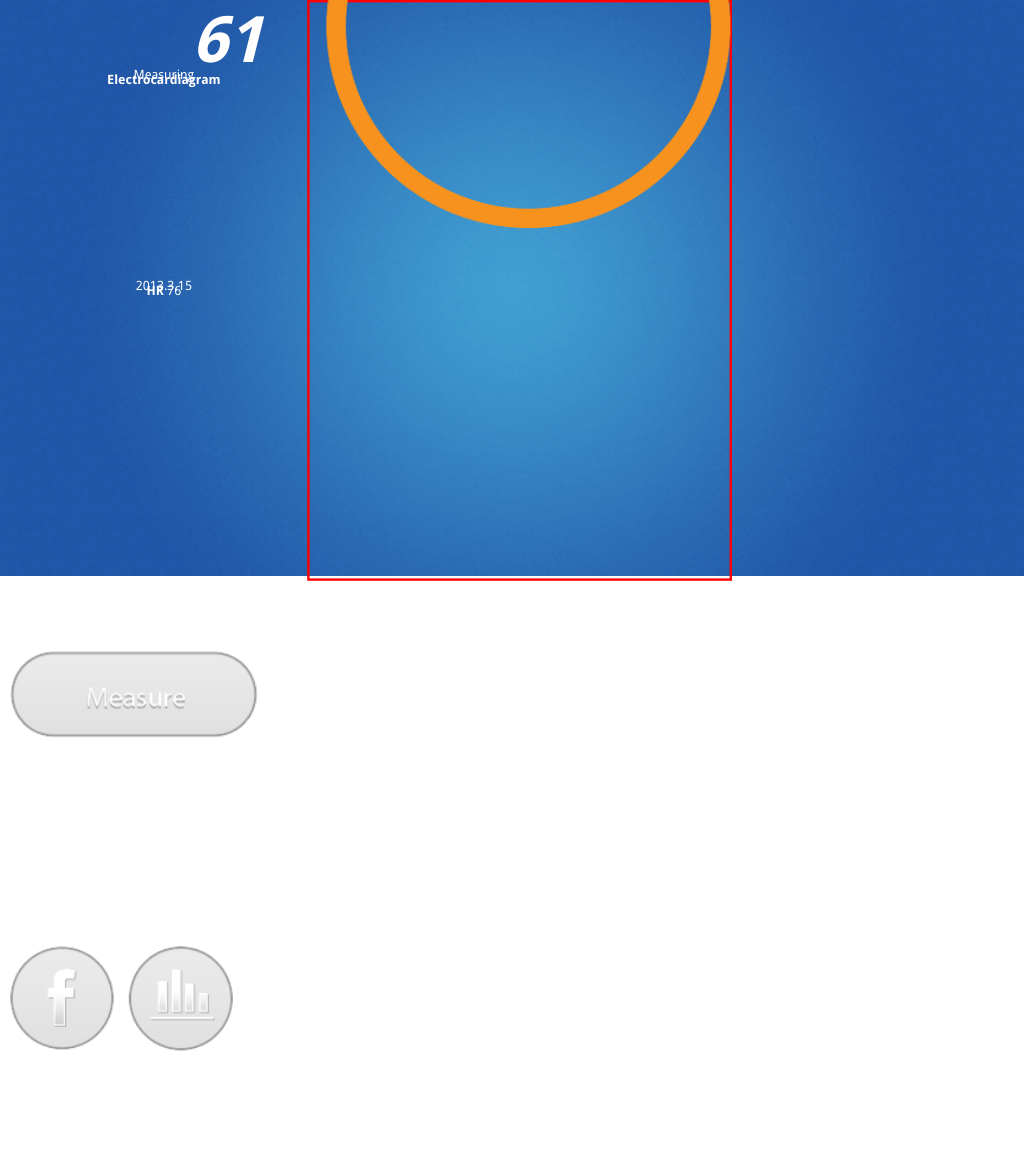
Repository: chouwill79131/IEcontest
Page: BluetoothChat/assets/complete.html
The author's editor kept a copy of each file at every save. The page is drawn from the files as they stood at one save, then again after the next save.
The browser window is 1280 px wide. The pictures show the whole page, at 80% of full size.

Above is the page before, as saved 2013-03-08 18:11:14.
Console error: TypeError: Cannot set properties of null (setting 'innerHTML')

After the next save:
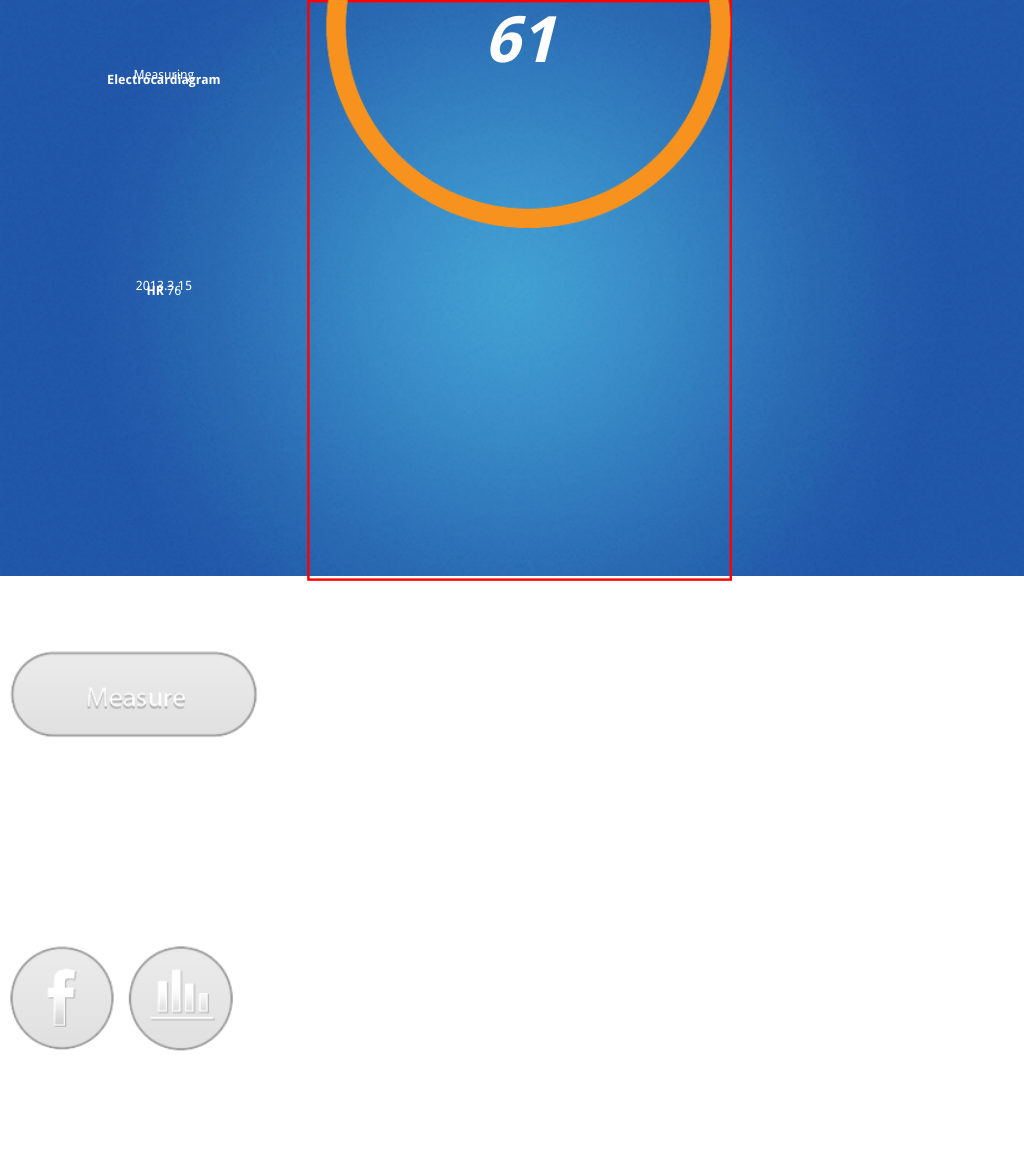
Saved 26 s later.
--- a/BluetoothChat/assets/complete.css
+++ b/BluetoothChat/assets/complete.css
@@ -23,7 +23,7 @@ body { margin:0; padding:0;}
 
 .mid { border:solid red ;width: 41%; }
 .circle { width: auto; height:70%; margin-left: 4%; }
-.score { color:white ; z-index: 1;  margin-left:-28% ; font-family: DroidSans-Bold;font-style: italic; ;font-size: 60pt;}
+.score { color:white ; z-index: 1; text-align:center ; font-family: DroidSans-Bold;font-style: italic; ;font-size: 60pt;}
 .circle { margin-top: -60%; z-index: 2; }
 
 .right { width: 29%; }
